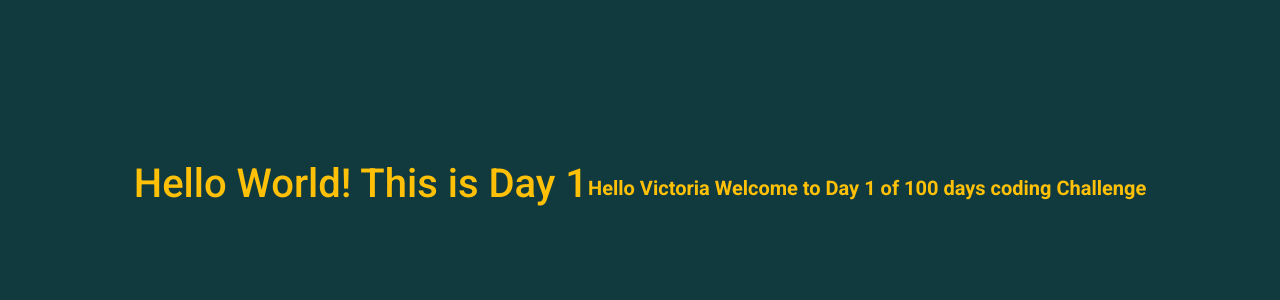
Repository: VickyJacob23/100DaysOfCoding
Page: day1/index.html
An editor plug-in stored every save of this project. The page is shown before and after the next save, followed by the edit.
The browser window is 1280 px wide. The pictures show the whole page.

Above is the page before, as saved 2024-08-14 12:52:43.

After the next save:
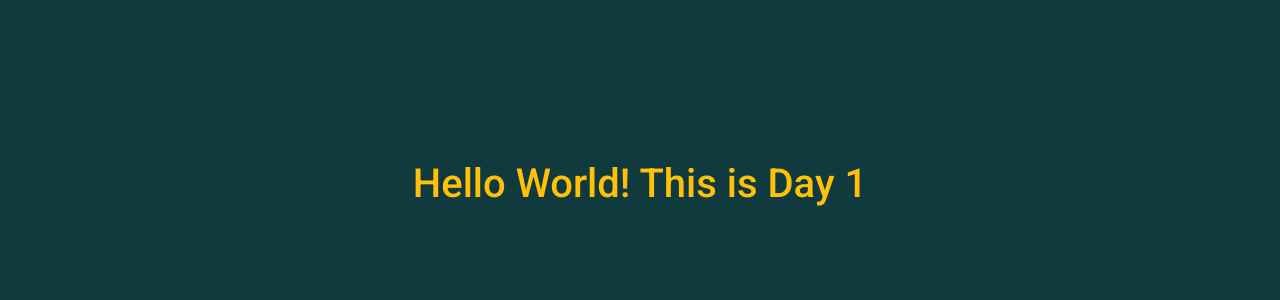
Console error: ReferenceError: greetings is not defined
Saved 2 h 19 min later.
--- a/day1/script.js
+++ b/day1/script.js
@@ -1,7 +1,7 @@
 let firstCode = "<h1>Hello World! This is Day 1</h1>";
 document.write(firstCode); // how to use HTML tags in JS
 
-let greetings = "Hello Victoria Welcome to Day 1 of 100 days coding Challenge";
-document.write(greetings); // display on the user interface
+// let greetings = "Hello Victoria Welcome to Day 1 of 100 days coding Challenge";
+// document.write(greetings); // display on the user interface
 
 console.log(greetings); // display in the console output
